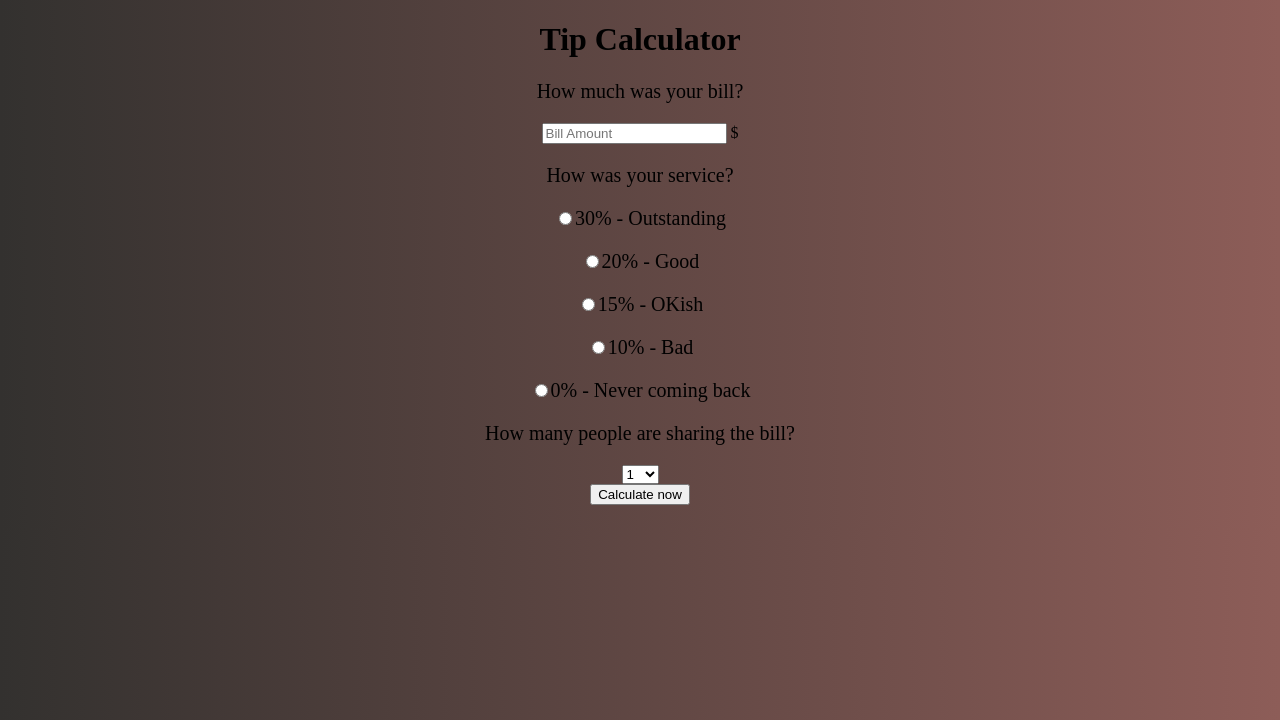
Repository: NiutaR/tip-calculator
Page: index.html
An editor plug-in stored every save of this project. The page is shown before and after a run of saves, followed by the edit.
The browser window is 1280 px wide. The pictures show the whole page.

Above is the page before, as saved 2021-07-24 17:11:17.

### index.html
<!DOCTYPE html>
<html lang="en">

<head>
    <meta charset="UTF-8">
    <meta http-equiv="X-UA-Compatible" content="IE=edge">
    <meta name="viewport" content="width=device-width, initial-scale=1.0">
    <link rel="stylesheet" href="style.css">
    <title>Tip Calculator</title>
</head>

<body>
    <div id="container">
        <h1>Tip Calculator</h1>

        <div id="calculator">
            <form>
                <p>How much was your bill?</p>
                <input id="amount" type="text" placeholder="Bill Amount"> $
                <p>How was your service?</p>
                <p><input id="service" type="radio" value="0.3">30&#37 - Outstanding</p>
                <p><input id="service" type="radio" value="0.2">20&#37 - Good</p>
                <p><input id="service" type="radio" value="0.15">15&#37 - OKish</p>
                <p><input id="service" type="radio" value="0.1">10&#37 - Bad</p>
                <p><input id="service" type="radio" value="0.05">0&#37 - Never coming back</p>
                <p>How many people are sharing the bill?</p>
                <select>
                    <option value="1">1</option>
                    <option value="2">2</option>
                    <option value="3">3</option>
                    <option value="4">4</option>
                    <option value="5">5</option>
                    <option value="6">6</option>
                    <option value="7">7</option>
                    <option value="8">8</option>
                    <option value="9">9</option>
                    <option value="10">10</option>
                </select>
                <br>
                <button id="btn">Calculate now</button>
            </form>
        </div>
    </div>
    <script src="index.js"></script>
</body>

</html>

### style.css
body {
    background: coral;
    background: -webkit-linear-gradient(to left, #8d817f, #cecac5);
    /* Chrome 10-25, Safari 5.1-6 */
    background: linear-gradient(to left, #8d5d58, #33312f);
}
#container {
    width: 500px;
    height: 500px;
    text-align: center;
    margin: 0 auto;
}
p {
    font-size: 20px;
}
#btn {

}

Loaded but not shown: index.js (no copy from this time; the picture is the same without it)

After the next 4 saves:
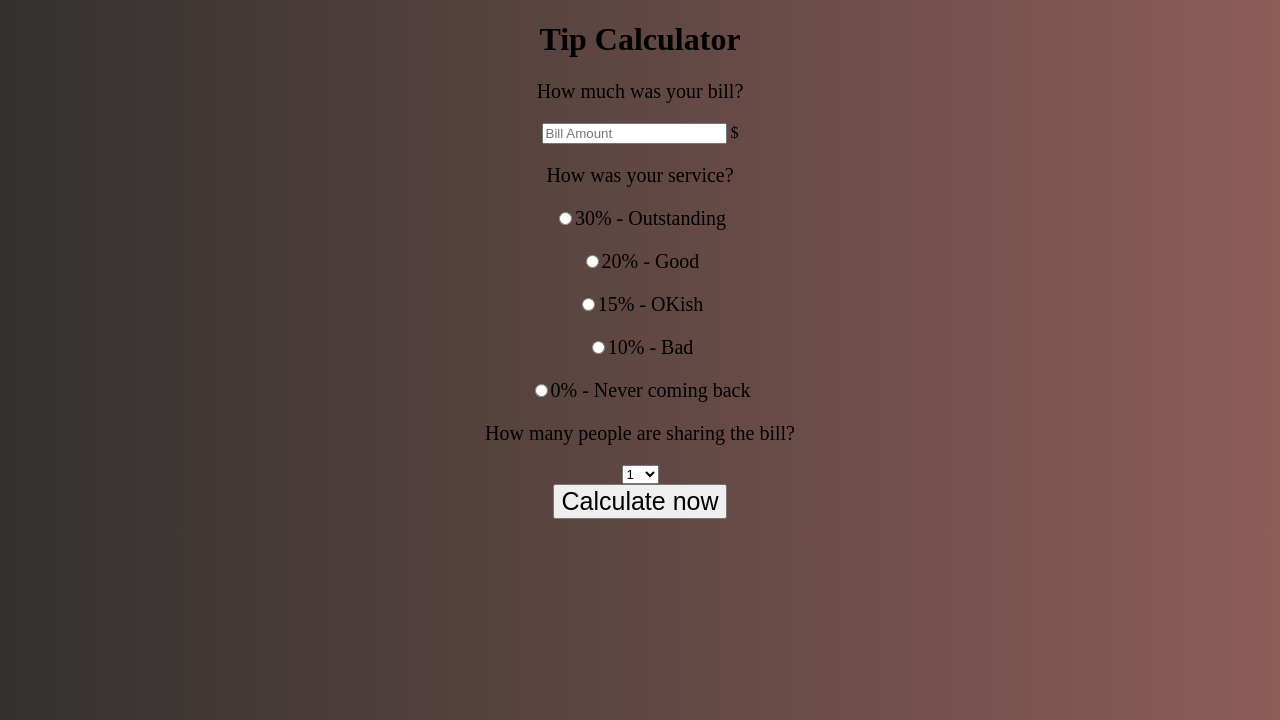
The 4 saves are shown as one change because they came seconds apart.
The last was saved 11 s later.
--- a/style.css
+++ b/style.css
@@ -14,5 +14,6 @@ p {
     font-size: 20px;
 }
 #btn {
+    font-size: 25px;
 
 }
